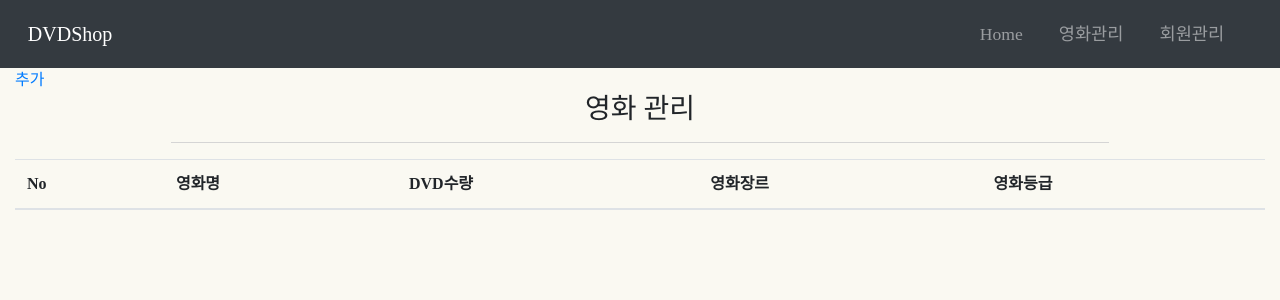
Repository: afterup/dvdshop
Page: http://localhost/shop_project/admin
These files come from the project's save history. The page is drawn as it stood at one moment and after the next save; the edit follows.
The browser window is 1280 px wide. The pictures show the whole page.
The page is served by Tomcat 9. Queries for data that is not in the repository find no rows.

Above is the page before, as saved 2019-08-14 10:31:33.

After the next save:
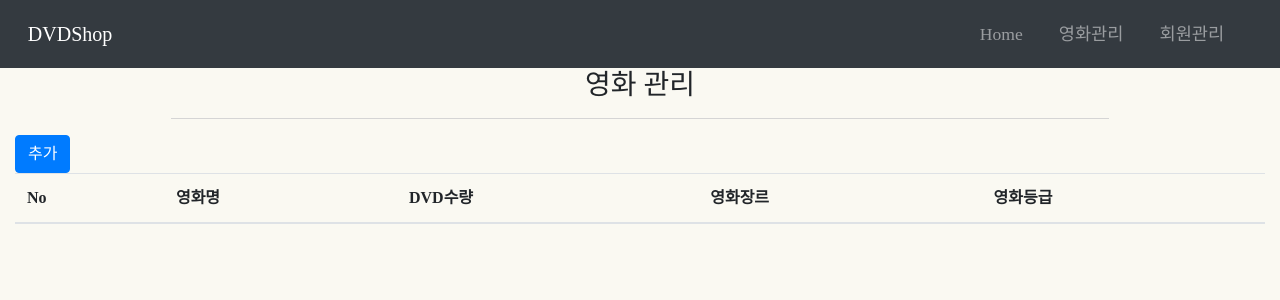
Saved 60 s later.
--- a/shop_project/WebContent/view/manager/admin.jsp
+++ b/shop_project/WebContent/view/manager/admin.jsp
@@ -23,9 +23,9 @@
 	<%@ include file="/view/manager/adminHeader.jsp" %>
 
 	<div class="container-fluid">
-			<a href="admin?action=create">추가</a>
 			<h3 class="text-center">영화 관리</h3>
 			<hr class="light">
+			<a href="admin?action=create" class="btn btn-primary">추가</a>
 			<table class="table table-striped">
 				<thead>
 					<tr>
@@ -45,8 +45,8 @@
 							<td>${movie.GENRENM }</td>
 							<td>${movie.WATCHGRADENM }</td>
 							<td>
-								<a class="btn btn-primary" href="admin?action=update&no=${movie.MOVIEID }">UP</a>
-								<a class="btn btn-danger" href="admin?action=delete&no=${movie.MOVIEID }">DE</a>
+								<a class="btn btn-danger" href="admin?action=update&no=${movie.MOVIEID }">UP</a>
+								<a class="btn btn-basic" href="admin?action=delete&no=${movie.MOVIEID }">DE</a>
 							</td>
 						</tr>
 				</c:forEach>
